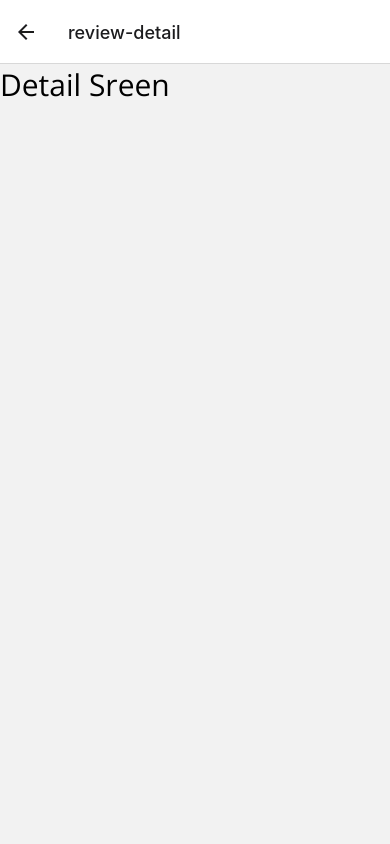
Repository: Ducbii4202/React-Native
Screen: /review-detail
These files come from the project's save history. The screen is drawn as it stood at one moment and after the next save; the edit follows.
The app was drawn by React Native's web renderer in a window 390 px wide. The project was rebuilt for these pictures with package versions that can differ from the ones it lists, and the page was loaded fresh each time. Some packages were replaced by stand-ins written for this rebuild.

Above is the screen before, as saved 2024-09-28 12:26:58.

### App.tsx
import React from 'react';
import { Text, View } from 'react-native';
import HomeSreen from './components/review/home';
import DetailSreen from './components/review/detail';
import AboutSreen from './components/review/about';


import { useFonts } from 'expo-font';
import * as SplashScreen from 'expo-splash-screen';
import { useEffect } from 'react';
import { OPENSAN_REGULAR } from './utils/const';

import { NavigationContainer } from '@react-navigation/native';
import { createNativeStackNavigator } from '@react-navigation/native-stack';


SplashScreen.preventAutoHideAsync();


const App = () => {
    const [loaded, error] = useFonts({
    [OPENSAN_REGULAR]: require('./assets/fonts/OpenSans-Regular.ttf'),
    });

    useEffect(() => {
    if (loaded || error) {
    SplashScreen.hideAsync();
    }
    }, [loaded, error]);
    if (!loaded && !error) {
    return null;
    }


    const Stack = createNativeStackNavigator();

    return (
        // <View>
        //     <HomeSreen />
        //     <DetailSreen />
        //     <AboutSreen/>
        // </View>

        <NavigationContainer>
      <Stack.Navigator>
                <Stack.Screen name="home" component={HomeSreen}
                options={{title:'Home Page'}}/>
        <Stack.Screen name="review-detail" component={DetailSreen} />
      </Stack.Navigator>
    </NavigationContainer>
    );
};

export default App;

### components/review/home.tsx
import React from 'react';
import { Text, View } from 'react-native';

const HomeSreen = () => {
    return (
        <View>
            <Text style={{fontSize: 40}}>
                Home Sreen
            </Text>
        </View>
    );
};

export default HomeSreen;

### components/review/detail.tsx
import React from 'react';
import { Text, View, StyleSheet} from 'react-native';
import { OPENSAN_REGULAR } from '../../utils/const';

const DetailSreen = () => {
    const styles = StyleSheet.create({
        review: {
            fontSize: 30,
            fontFamily: OPENSAN_REGULAR,
        }

    })
    return (
        <View>
            <Text style={styles.review}>
                Detail Sreen
            </Text>

        </View>
    );
};

export default DetailSreen;

### utils/const.tsx
import { StyleSheet } from "react-native";


export const OPENSAN_REGULAR = "OpenSans-Regular";

export const globalStyles = StyleSheet.create({
    appFont: {
        fontFamily: OPENSAN_REGULAR,
    }
})

After the next save:
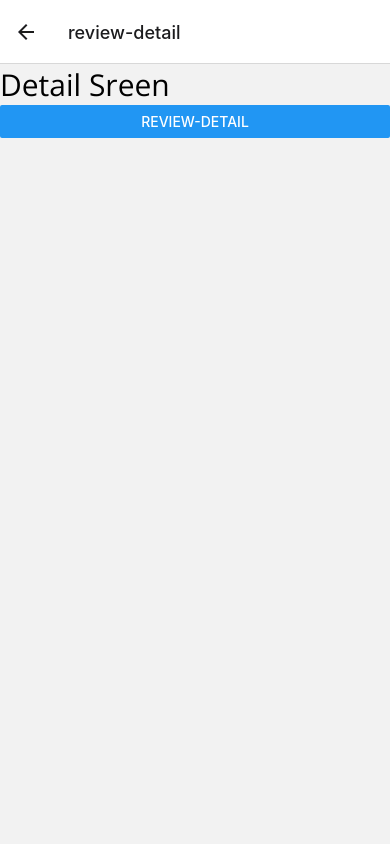
Saved 4 h 25 min later.
--- a/components/review/detail.tsx
+++ b/components/review/detail.tsx
@@ -1,5 +1,5 @@
 import React from 'react';
-import { Text, View, StyleSheet} from 'react-native';
+import { Text, View, StyleSheet, Button} from 'react-native';
 import { OPENSAN_REGULAR } from '../../utils/const';
 
 const DetailSreen = () => {
@@ -15,6 +15,7 @@ const DetailSreen = () => {
             <Text style={styles.review}>
                 Detail Sreen
             </Text>
+            <Button title='Review-detail'/>
 
         </View>
     );
